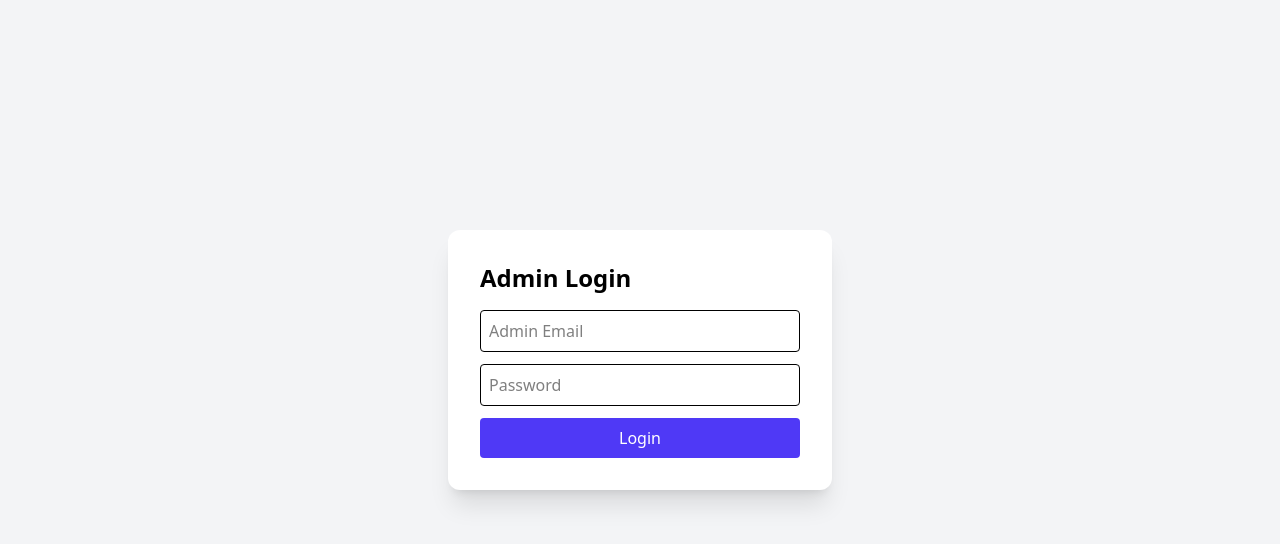
Repository: pravin-8859/ROADSRISER-APP
Page: /admin (app in admin/)
An editor plug-in stored every save of this project. The page is shown before and after the next save, followed by the edit.
The browser window is 1280 px wide. The pictures show the whole page.
The project was rebuilt for these pictures with package versions that can differ from the ones it lists, and the page was loaded fresh each time. Also part of the build but not shown: admin/vite.config.js, admin/src/components/LineChart.jsx, admin/src/components/BarChart.jsx, admin/src/pages/AdminDashboard.jsx, admin/src/pages/UsersPage.jsx, admin/src/pages/MechanicsPage.jsx.

Above is the page before, as saved 2025-11-26 19:47:02.

### admin/index.html
<!doctype html>
<html lang="en">
  <head>
    <meta charset="utf-8" />
    <meta name="viewport" content="width=device-width,initial-scale=1.0" />
    <title>RoadsRiser — Admin</title>
  </head>
  <body>
    <div id="root"></div>
    <script type="module" src="/src/main.jsx"></script>
  </body>
</html>

### admin/src/main.jsx
import React from "react";
import { createRoot } from "react-dom/client";
import { BrowserRouter } from "react-router-dom";
import App from "./App";
import "./index.css";

createRoot(document.getElementById("root")).render(
  <React.StrictMode>
    <BrowserRouter>
      <App />
    </BrowserRouter>
  </React.StrictMode>
);

### admin/src/App.jsx
import React from "react";
import { Routes, Route, Navigate } from "react-router-dom";
import AdminLogin from "./pages/AdminLogin";
import AdminDashboard from "./pages/AdminDashboard";
import ProtectedRoute from "./components/ProtectedRoute";
import UsersPage from "./pages/UsersPage";
import MechanicsPage from "./pages/MechanicsPage";
export default function App() {
  return (
    <Routes>
      <Route path="/" element={<Navigate to="/admin/login" replace />} />

      <Route path="/admin/login" element={<AdminLogin />} />

      {/* Protected admin routes wrapped in layout */}
      <Route path="/admin" element={
        <ProtectedRoute>

        </ProtectedRoute>
      }>
        <Route index element={<AdminDashboard />} />
        {/* more nested routes later: users, mechanics, requests */}
      </Route>
      <Route path="/users" element={<UsersPage/>} />
      <Route path="/mechanics" element={<MechanicsPage />} />

      <Route path="*" element={<div className="p-6">Page not found</div>} />
    </Routes>
  );
}

### admin/src/pages/AdminLogin.jsx
import { useState } from "react";
import api from "../services/api";

export default function AdminLogin() {
  const [email, setEmail] = useState("");
  const [pass, setPass] = useState("");
  const [err, setErr] = useState("");

  const login = async () => {
    try {
      const res = await api.post("/admin/login", { email, password: pass });
      localStorage.setItem("adminToken", res.data.token);
      window.location.href = "/dashboard";
    } catch (e) {
      setErr("Invalid admin credentials");
    }
  };

  return (
    <div className="flex h-screen items-center justify-center bg-gray-100">
      <div className="bg-white p-8 shadow-xl rounded-xl w-96">
        <h2 className="text-2xl font-bold mb-4">Admin Login</h2>

        <input
          className="border w-full p-2 rounded mb-3"
          placeholder="Admin Email"
          value={email}
          onChange={(e) => setEmail(e.target.value)}
        />

        <input
          className="border w-full p-2 rounded mb-3"
          placeholder="Password"
          type="password"
          value={pass}
          onChange={(e) => setPass(e.target.value)}
        />

        {err && <p className="text-red-500 text-sm mb-3">{err}</p>}

        <button
          onClick={login}
          className="w-full bg-indigo-600 text-white p-2 rounded"
        >
          Login
        </button>
      </div>
    </div>
  );
}

### admin/src/components/ProtectedRoute.jsx
import React from "react";
import { Navigate } from "react-router-dom";

export default function ProtectedRoute({ children }) {
  const token = localStorage.getItem("adminToken");
  if (!token) return <Navigate to="/admin/login" replace />;
  return children;
}

### admin/src/services/api.js
import axios from "axios";

const api = axios.create({
  baseURL: import.meta.env.VITE_API_BASE,
  withCredentials: true,
});

api.interceptors.request.use((config) => {
  const token = localStorage.getItem("adminToken");
  if (token) config.headers["Authorization"] = `Bearer ${token}`;
  return config;
});

export default api;

Loaded but not shown: admin/src/index.css (common file)

After the next save:
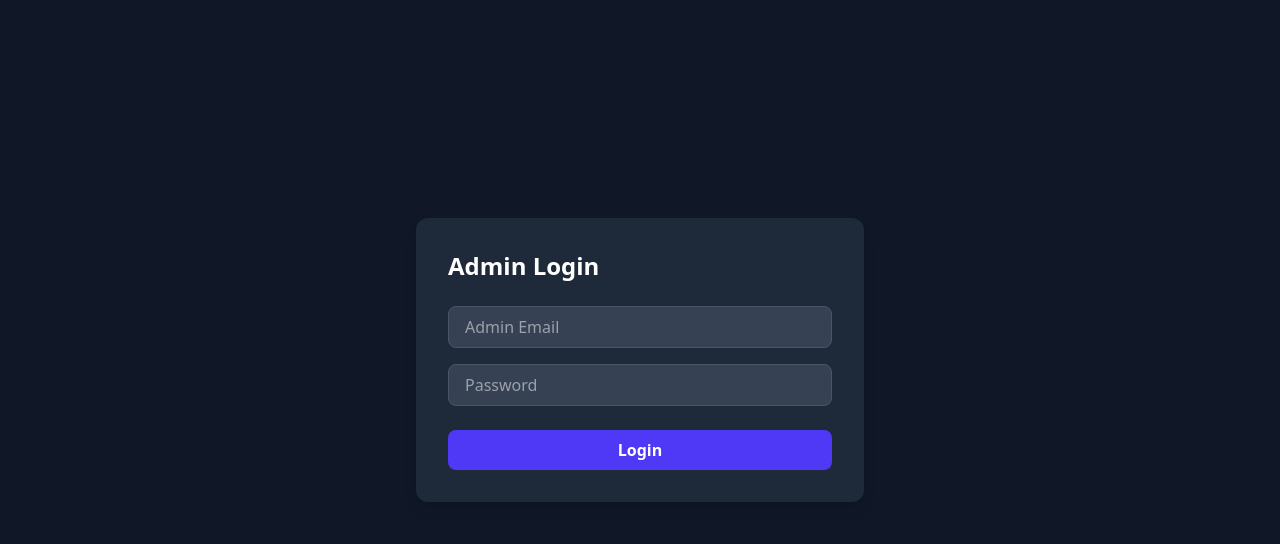
Saved 3 min 28 s later.
--- a/admin/src/pages/AdminLogin.jsx
+++ b/admin/src/pages/AdminLogin.jsx
@@ -1,47 +1,31 @@
 import { useState } from "react";
-import api from "../services/api";
 
 export default function AdminLogin() {
   const [email, setEmail] = useState("");
-  const [pass, setPass] = useState("");
-  const [err, setErr] = useState("");
-
-  const login = async () => {
-    try {
-      const res = await api.post("/admin/login", { email, password: pass });
-      localStorage.setItem("adminToken", res.data.token);
-      window.location.href = "/dashboard";
-    } catch (e) {
-      setErr("Invalid admin credentials");
-    }
-  };
+  const [password, setPassword] = useState("");
 
   return (
-    <div className="flex h-screen items-center justify-center bg-gray-100">
-      <div className="bg-white p-8 shadow-xl rounded-xl w-96">
-        <h2 className="text-2xl font-bold mb-4">Admin Login</h2>
+    <div className="min-h-screen bg-gray-900 flex items-center justify-center px-4">
+      <div className="bg-gray-800 p-8 rounded-xl shadow-lg w-full max-w-md">
+        <h2 className="text-2xl font-bold text-white mb-6">Admin Login</h2>
 
         <input
-          className="border w-full p-2 rounded mb-3"
+          type="email"
           placeholder="Admin Email"
           value={email}
           onChange={(e) => setEmail(e.target.value)}
+          className="w-full mb-4 px-4 py-2 rounded-lg bg-gray-700 text-white border border-gray-600 focus:ring-2 focus:ring-indigo-400 outline-none"
         />
 
         <input
-          className="border w-full p-2 rounded mb-3"
+          type="password"
           placeholder="Password"
-          type="password"
-          value={pass}
-          onChange={(e) => setPass(e.target.value)}
+          value={password}
+          onChange={(e) => setPassword(e.target.value)}
+          className="w-full mb-6 px-4 py-2 rounded-lg bg-gray-700 text-white border border-gray-600 focus:ring-2 focus:ring-indigo-400 outline-none"
         />
 
-        {err && <p className="text-red-500 text-sm mb-3">{err}</p>}
-
-        <button
-          onClick={login}
-          className="w-full bg-indigo-600 text-white p-2 rounded"
-        >
+        <button className="w-full py-2 bg-indigo-600 hover:bg-indigo-500 text-white rounded-lg font-semibold transition">
           Login
         </button>
       </div>
